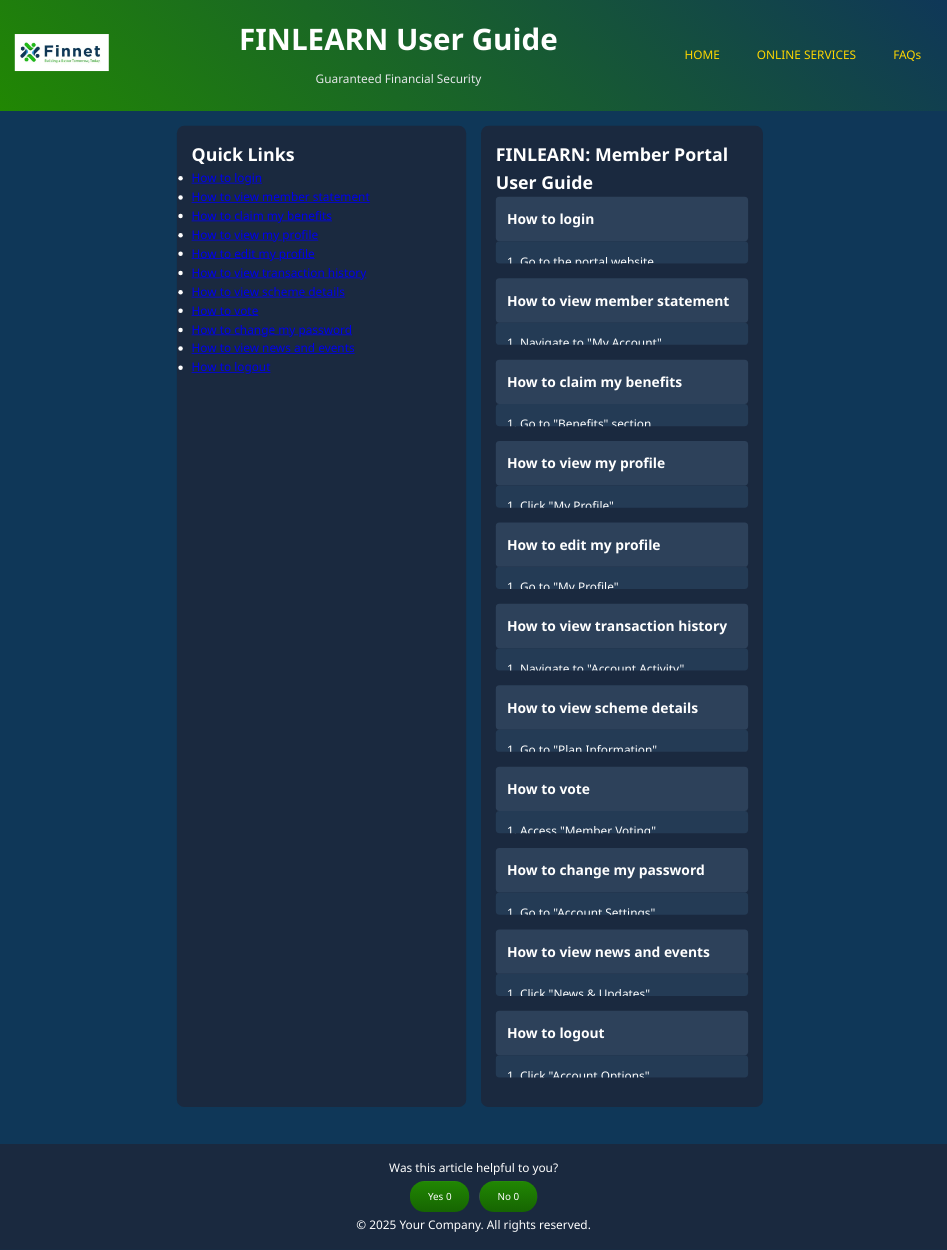
Repository: Ray700/Finnet
Page: index.html
The author's editor kept a copy of each file at every save. The page is drawn from the files as they stood at one save, then again after a run of saves.
The browser window is 1280 px wide. The pictures show the whole page, at 74% of full size.

Above is the page before, as saved 2025-03-08 00:47:58.

### index.html
<!DOCTYPE html>
<html lang="en">
<head>
    <meta charset="UTF-8">
    <meta name="viewport" content="width=device-width, initial-scale=1.0">
    <title>User Guide</title>
    <style>
        /* Global Styles */
        * {
            box-sizing: border-box;
            margin: 0;
            padding: 0;
            font-family: 'Segoe UI', Tahoma, Geneva, Verdana, sans-serif;
        }

        body {
            background-color: #0F3758;
            color: white;
            line-height: 1.6;
            min-height: 100vh;
            display: flex;
            flex-direction: column;
        }

        /* Header Styles */
        .header-container {
            display: flex;
            align-items: center;
            padding: 20px;
            background: linear-gradient(45deg, #218703, #0F3758);
            position: sticky;
            top: 0;
            z-index: 1000;
        }

        .logo img {
            height: 50px;
            width: auto;
            margin-right: 20px;
        }

        .header-text {
            flex: 1;
            text-align: center;
        }

        header h1 {
            margin: 0;
            font-size: 2.5rem;
            color: white;
        }

        header p {
            margin: 10px 0;
            color: #E5E7E9;
        }

        /* Navigation Styles */
        nav ul {
            list-style: none;
            display: flex;
            gap: 20px;
            margin-left: auto;
        }

        nav a {
            color: #FFD700;
            text-decoration: none;
            padding: 10px 15px;
            transition: all 0.3s ease;
        }

        nav a:hover {
            background-color: #166502;
            border-radius: 5px;
        }

        /* Main Content Styles */
        main {
            flex: 1;
            display: flex;
            flex-wrap: wrap;
            padding: 20px;
            gap: 20px;
            max-width: 1200px;
            margin: 0 auto;
        }

        aside, .content {
            background-color: #1A293F;
            border-radius: 10px;
            padding: 20px;
            flex: 1 1 25%;
        }

        aside {
            flex: 1 1 30%;
            margin-left: -10px;
            max-width: 50%;
        }

        .content {
            max-width: 70%;
        }

        /* Article Styles */
        .article {
            margin-bottom: 20px;
        }

        .article-title {
            cursor: pointer;
            padding: 15px;
            background-color: #2D415A;
            border-radius: 5px;
            transition: all 0.3s ease;
        }

        .article-content {
            max-height: 0;
            overflow: hidden;
            transition: max-height 0.3s ease;
            background-color: #243B55;
            padding: 15px;
            border-radius: 5px;
        }

        .article-content.active {
            max-height: 1000px;
        }

        /* Footer Styles */
        footer {
            background-color: #1A293F;
            padding: 20px;
            margin-top: 30px;
            text-align: center;
        }

        /* Button Styles */
        button {
            background-image: linear-gradient(to bottom, #218703, #166502);
            color: white;
            border: none;
            padding: 12px 24px;
            border-radius: 20px;
            cursor: pointer;
            margin: 5px;
            transition: all 0.3s ease;
        }

        button:hover {
            transform: scale(1.05);
            box-shadow: 0 0 10px rgba(0,0,0,0.3);
        }

        /* Responsive Styles */
        @media (max-width: 768px) {
            .header-container {
                flex-direction: column;
                align-items: flex-start;
            }

            nav ul {
                flex-direction: column;
                align-items: flex-start;
                margin: 20px 0 0;
            }

            aside, .content {
                flex-basis: 100%;
                margin-bottom: 20px;
            }
        }
    </style>
</head>
<body>
    <!-- Header Section -->
    <header>
        <div class="header-container">
            <div class="logo">
                <img src="logo.png" alt="Company Logo">
            </div>
            <div class="header-text">
                <h1>FINLEARN User Guide</h1>
                <p>Guaranteed Financial Security</p>
            </div>
            <nav>
                <ul>
                    <li><a href="#">HOME</a></li>
                    <li><a href="#">ONLINE SERVICES</a></li>
                    <li><a href="#">FAQs</a></li>
                </ul>
            </nav>
        </div>
    </header>

    <!-- Main Content -->
    <main>
        <!-- Navigation Sidebar -->
        <aside>
            <h2>Quick Links</h2>
            <ul>
                <li><a href="login.html" onclick="event.stopPropagation();">How to login</a></li>



                <li><a href="#" data-target="viewStatement">How to view member statement</a></li>
                <li><a href="#" data-target="claimBenefits">How to claim my benefits</a></li>
                <li><a href="#" data-target="viewProfile">How to view my profile</a></li>
                <li><a href="#" data-target="editProfile">How to edit my profile</a></li>
                <li><a href="#" data-target="transactionHistory">How to view transaction history</a></li>
                <li><a href="#" data-target="schemeDetails">How to view scheme details</a></li>
                <li><a href="#" data-target="vote">How to vote</a></li>
                <li><a href="#" data-target="changePassword">How to change my password</a></li>
                <li><a href="#" data-target="newsEvents">How to view news and events</a></li>
                <li><a href="#" data-target="logout">How to logout</a></li>
            </ul>
        </aside>

        <!-- Article Content -->
        <section class="content">
            <h2>FINLEARN: Member Portal User Guide</h2>

            <!-- Article 1: Login -->
            <div class="article" id="login">
                <h3 class="article-title">How to login</h3>
                <div class="article-content">
                    <p>1. Go to the portal website</p>
                    <p>2. Enter your member ID</p>
                    <p>3. Enter your password</p>
                    <p>4. Click <a href="login.html" style="color: white;">Login</a></p>
                </div>
            </div>

            <!-- Article 2: View Statement -->
            <div class="article" id="viewStatement">
                <h3 class="article-title">How to view member statement</h3>
                <div class="article-content">
                    <p>1. Navigate to "My Account"</p>
                    <p>2. Click "View Statement"</p>
                    <p>3. Select statement period</p>
                    <p>4. Click <a href="login.html" style="color: white;">member statement</a></p>
                </div>
            </div>

            <!-- Article 3: Claim Benefits -->
            <div class="article" id="claimBenefits">
                <h3 class="article-title">How to claim my benefits</h3>
                <div class="article-content">
                    <p>1. Go to "Benefits" section</p>
                    <p>2. Select benefit type</p>
                    <p>3. Submit claim form</p>
                </div>
            </div>

            <!-- Article 4: View Profile -->
            <div class="article" id="viewProfile">
                <h3 class="article-title">How to view my profile</h3>
                <div class="article-content">
                    <p>1. Click "My Profile"</p>
                    <p>2. View personal details</p>
                </div>
            </div>

            <!-- Article 5: Edit Profile -->
            <div class="article" id="editProfile">
                <h3 class="article-title">How to edit my profile</h3>
                <div class="article-content">
                    <p>1. Go to "My Profile"</p>
                    <p>2. Click "Edit Profile"</p>
                    <p>3. Update information</p>
                    <p>4. Save changes</p>
                </div>
            </div>

            <!-- Article 6: Transaction History -->
            <div class="article" id="transactionHistory">
                <h3 class="article-title">How to view transaction history</h3>
                <div class="article-content">
                    <p>1. Navigate to "Account Activity"</p>
                    <p>2. Select date range</p>
                    <p>3. View transaction details</p>
                </div>
            </div>

            <!-- Article 7: Scheme Details -->
            <div class="article" id="schemeDetails">
                <h3 class="article-title">How to view scheme details</h3>
                <div class="article-content">
                    <p>1. Go to "Plan Information"</p>
                    <p>2. Select scheme type</p>
                    <p>3. View terms and conditions</p>
                </div>
            </div>

            <!-- Article 8: Vote -->
            <div class="article" id="vote">
                <h3 class="article-title">How to vote</h3>
                <div class="article-content">
                    <p>1. Access "Member Voting"</p>
                    <p>2. Review options</p>
                    <p>3. Submit vote</p>
                </div>
            </div>

            <!-- Article 9: Change Password -->
            <div class="article" id="changePassword">
                <h3 class="article-title">How to change my password</h3>
                <div class="article-content">
                    <p>1. Go to "Account Settings"</p>
                    <p>2. Click "Change Password"</p>
                    <p>3. Enter new password</p>
                    <p>4. Confirm changes</p>
                </div>
            </div>

            <!-- Article 10: News & Events -->
            <div class="article" id="newsEvents">
                <h3 class="article-title">How to view news and events</h3>
                <div class="article-content">
                    <p>1. Click "News & Updates"</p>
                    <p>2. Browse latest announcements</p>
                </div>
            </div>

            <!-- Article 11: Logout -->
            <div class="article" id="logout">
                <h3 class="article-title">How to logout</h3>
                <div class="article-content">
                    <p>1. Click "Account Options"</p>
                    <p>2. Select "Logout"</p>
                </div>
            </div>
        </section>
    </main>

    <!-- Footer Section -->
    <footer>
        <p>Was this article helpful to you?</p>
        <button id="yesBtn">Yes <span id="yesCount">0</span></button>
        <button id="noBtn">No <span id="noCount">0</span></button>
        <p>© 2025 Your Company. All rights reserved.</p>
    </footer>

    <!-- JavaScript Enhancements -->
    <script>
        // Collapsible Articles Functionality
        document.querySelectorAll('.article-title').forEach(title => {
            title.addEventListener('click', () => {
                const content = title.nextElementSibling;
                content.classList.toggle('active');
            });
        });

        document.querySelectorAll('aside a').forEach(link => {
            link.addEventListener('click', (e) => {
                e.preventDefault();
                const target = document.getElementById(link.getAttribute('data-target'));
                const content = target.querySelector('.article-content');
                content.classList.toggle('active');
            });
        });

        // Feedback Counter Animation
        function updateCounter(element, value) {
            element.textContent = value;
            element.style.transform = 'scale(1.2)';
            setTimeout(() => element.style.transform = 'scale(1)', 200);
        }

        // Yes Button Counter
        let yesCount = 0;
        document.getElementById('yesBtn').addEventListener('click', () => {
            yesCount++;
            updateCounter(document.getElementById('yesCount'), yesCount);
        });

        // No Button Counter
        let noCount = 0;
        document.getElementById('noBtn').addEventListener('click', () => {
            noCount++;
            updateCounter(document.getElementById('noCount'), noCount);
        });
    </script>
</body>
</html>

After the next 2 saves:
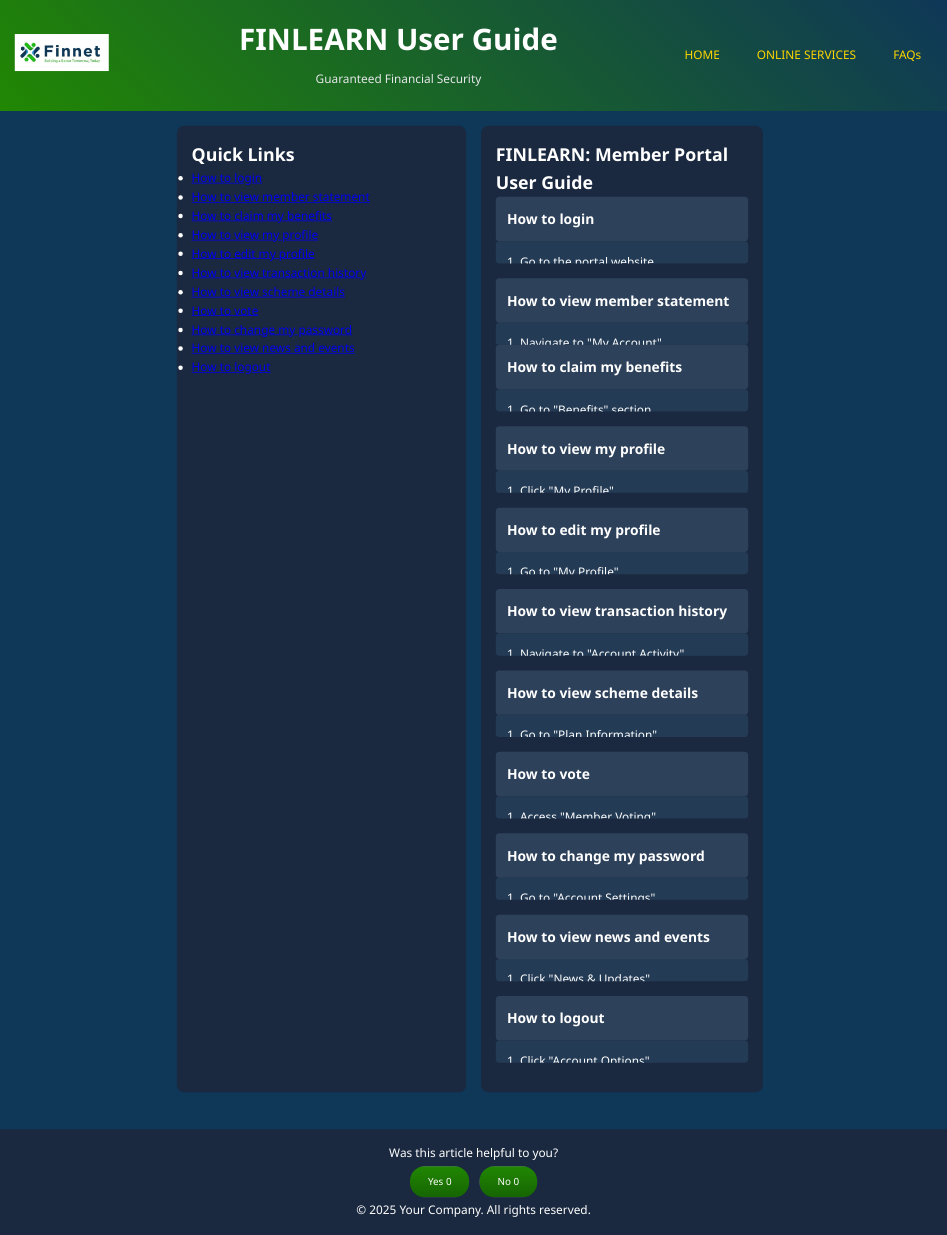
The 2 saves are shown as one change because they came seconds apart.
The last was saved 2 min 39 s later.
--- a/index.html
+++ b/index.html
@@ -239,8 +239,7 @@
                 <div class="article-content">
                     <p>1. Navigate to "My Account"</p>
                     <p>2. Click "View Statement"</p>
-                    <p>3. Select statement period</p>
-                    <p>4. Click <a href="login.html" style="color: white;">member statement</a></p>
+                    <p>3. Select statement period</
                 </div>
             </div>
 

After the 2 saves that followed:
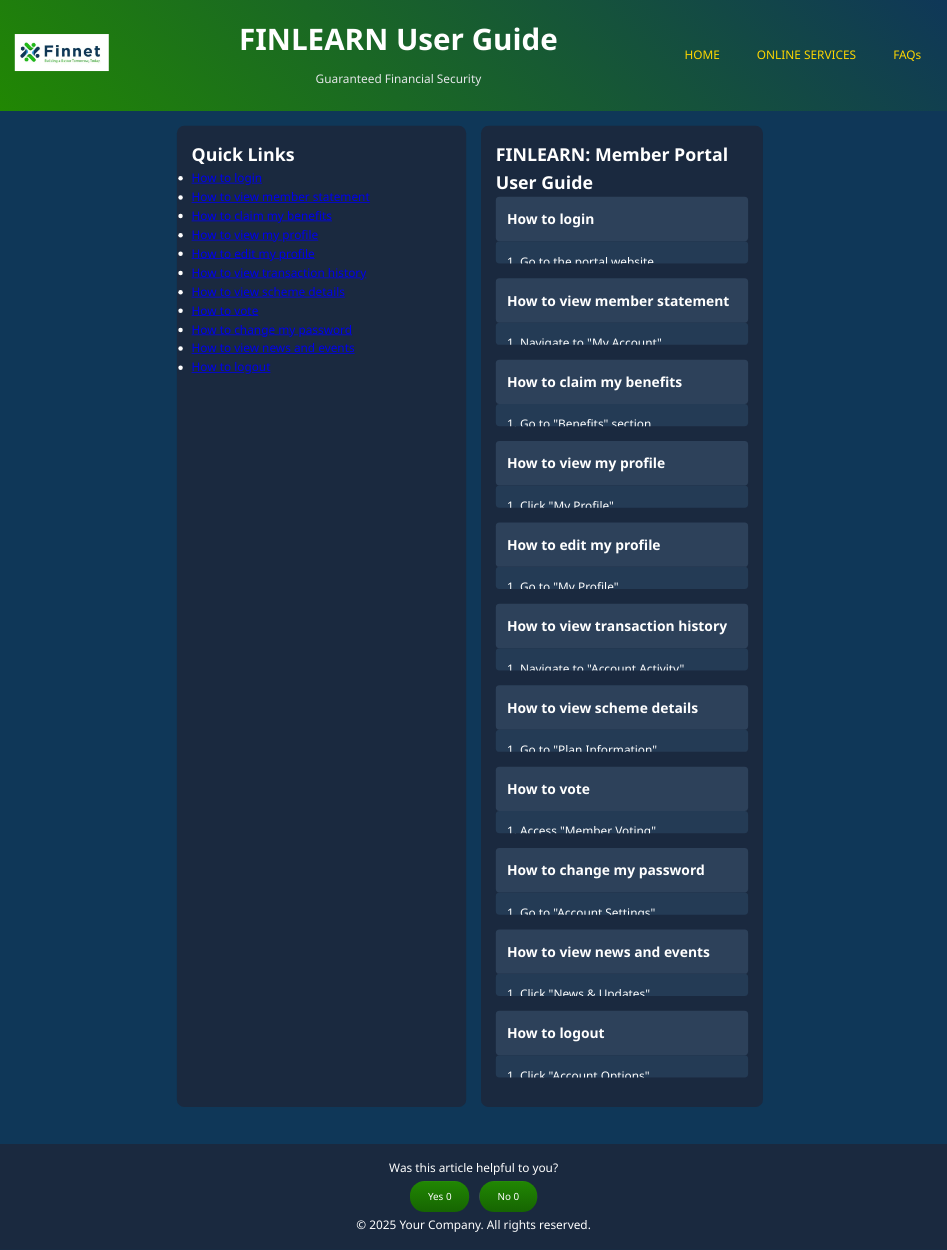
The 2 saves are shown as one change because they came seconds apart.
The last was saved 7 s later.
--- a/index.html
+++ b/index.html
@@ -239,7 +239,7 @@
                 <div class="article-content">
                     <p>1. Navigate to "My Account"</p>
                     <p>2. Click "View Statement"</p>
-                    <p>3. Select statement period</
+                    <p>3. Select statement period</p>
                 </div>
             </div>
 
